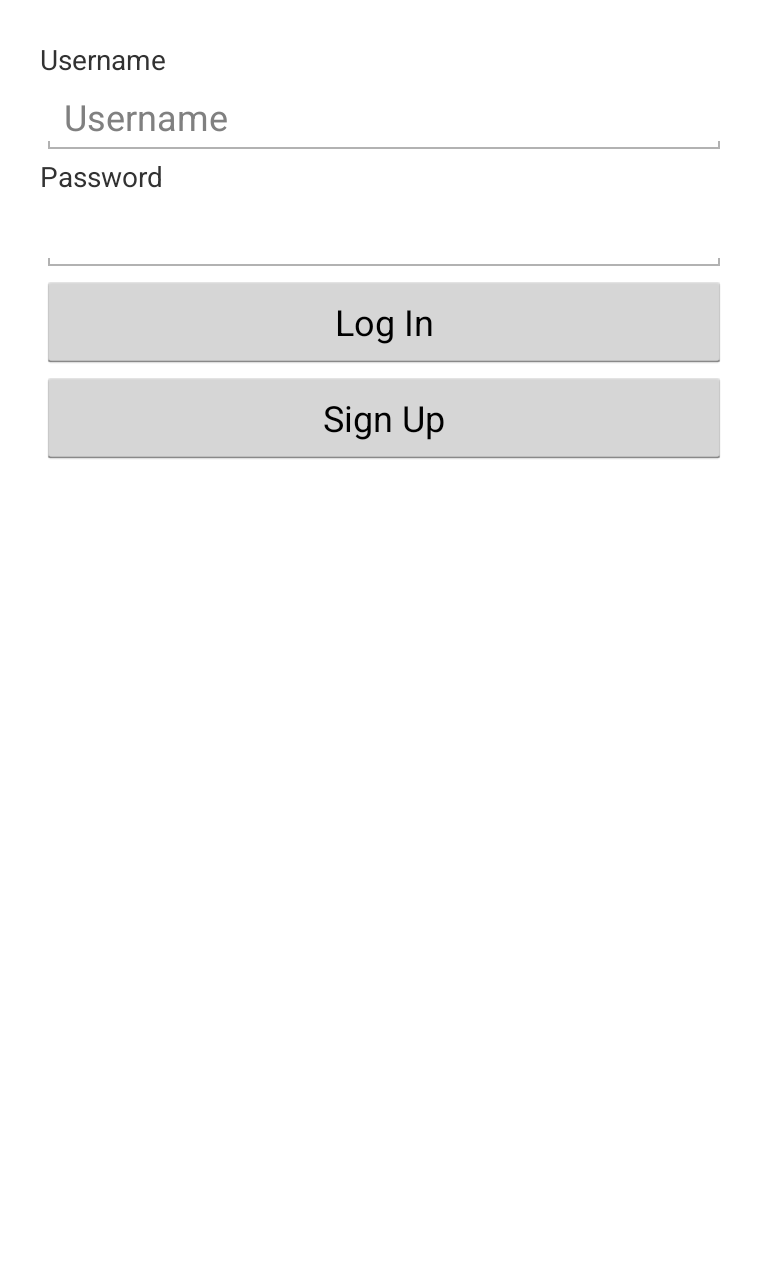
Repository: efreestone/CPM_Freestone
Layout: Project1Android/res/layout/activity_login.xml
The author's editor kept a copy of each file at every save. The layout is drawn from the files as they stood at one save, then again after the next save.
It is drawn on a 768 x 1280 px phone screen (xhdpi) without system bars, with theme AppTheme; the app's code is not run.

Above is the layout before, as saved 2014-10-02 00:59:35.

After the next save:
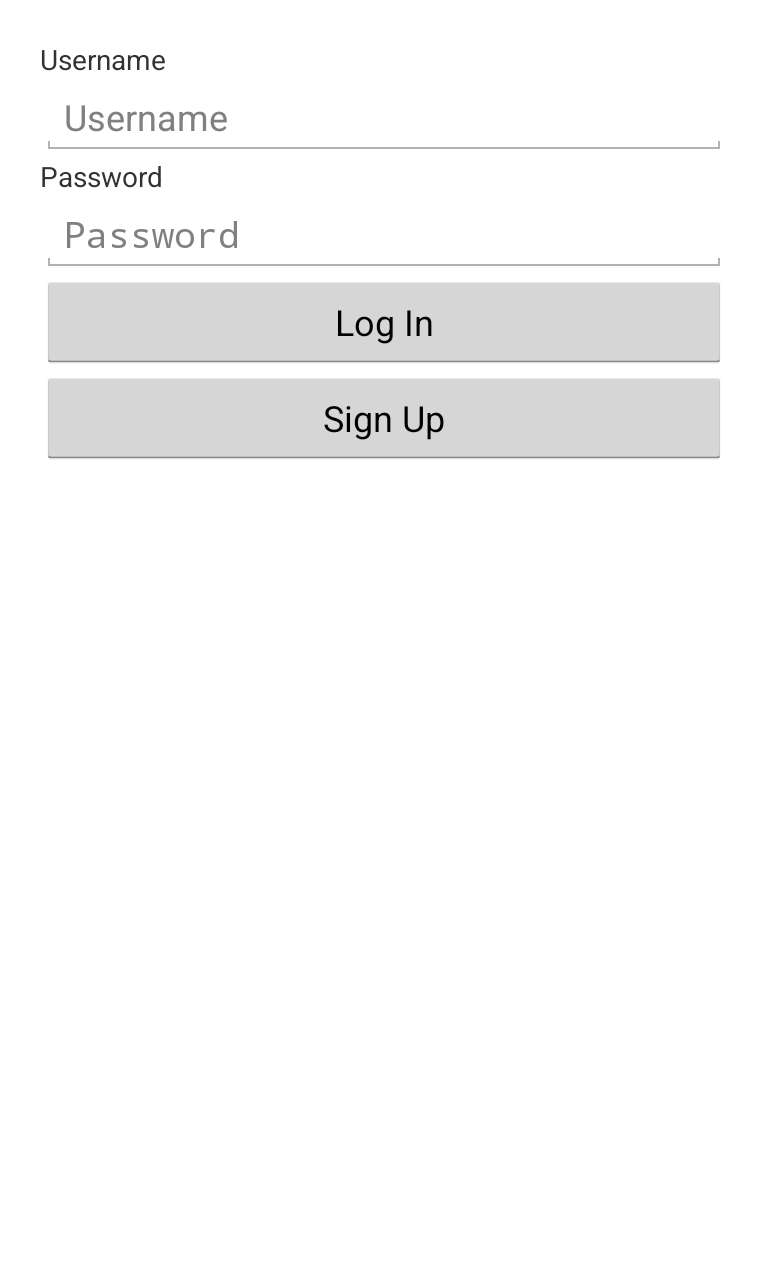
Saved 13 s later.
--- a/Project1Android/res/layout/activity_login.xml
+++ b/Project1Android/res/layout/activity_login.xml
@@ -30,6 +30,7 @@
         android:layout_width="fill_parent"
         android:layout_height="wrap_content"
         android:layout_below="@id/passwordTitle"
+        android:hint="@string/passwordTitleText"
         android:inputType="textPassword" />
 
     <Button
